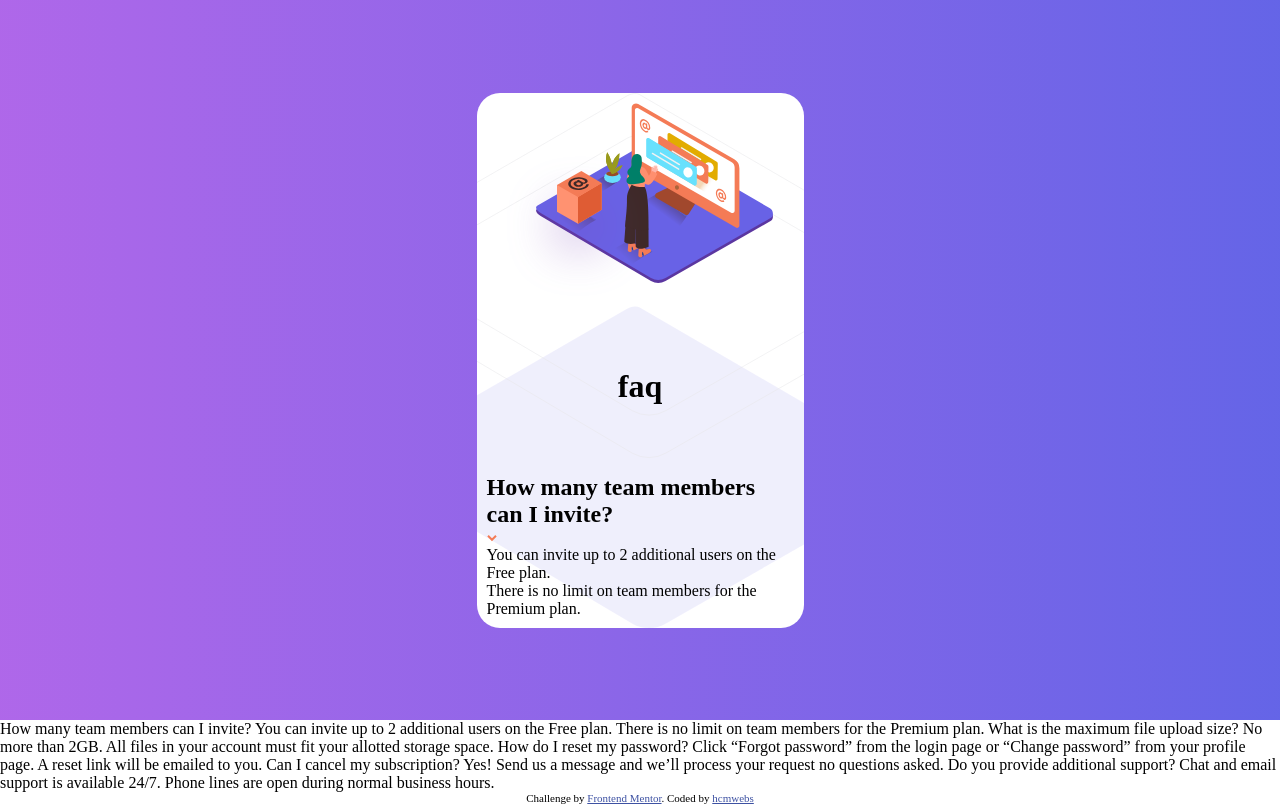
Repository: Hcmwebs/faq-accordion-card
Page: index.html
An editor plug-in stored every save of this project. The page is shown before and after the next save, followed by the edit.
The browser window is 1280 px wide. The pictures show the whole page.
The style sheet was rebuilt from its Sass, Less or Tailwind sources for each picture, by a compiler version that may differ from the author's.

Above is the page before, as saved 2020-11-05 13:25:32.

After the next save:
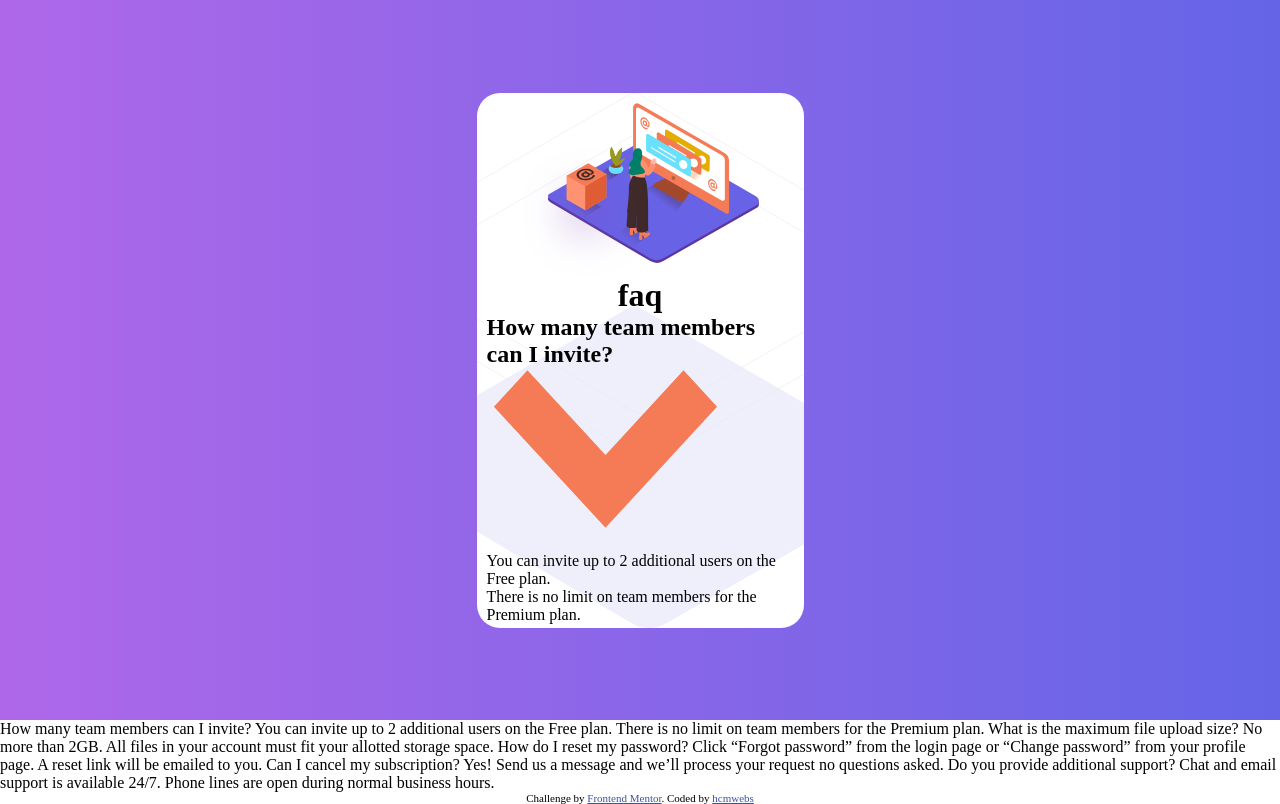
Saved 113 s later.
--- a/scss/main.scss
+++ b/scss/main.scss
@@ -65,9 +65,13 @@
     background-color: #fff;
     border-radius:23px;
     padding: 10px;
-    @include flex(column,space-between,center)
+    @include flex(column,space-between,center);
 
-
+    img{
+      width: 237px;
+      height: 180px;
+      transform: translateX();
+    }
 
   }
 }

After the save that followed:
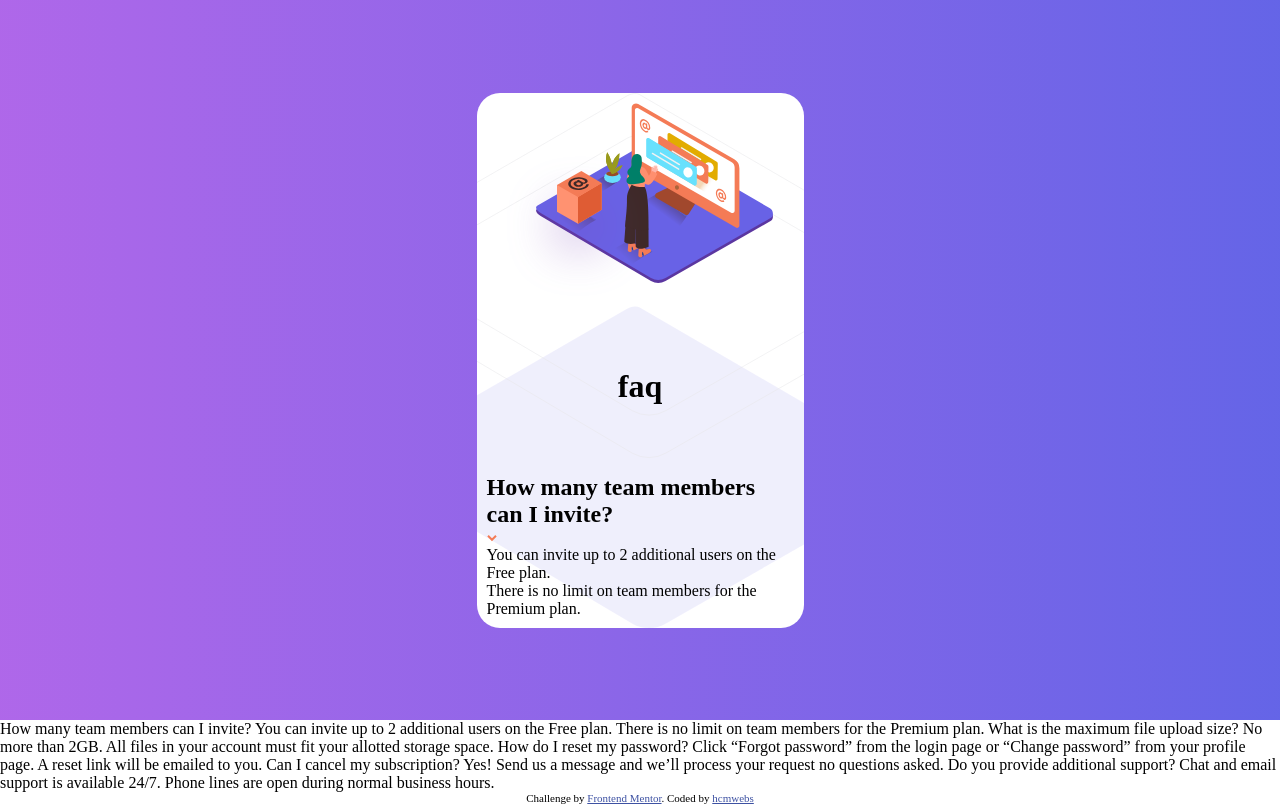
Saved 102 s later.
--- a/scss/main.scss
+++ b/scss/main.scss
@@ -67,10 +67,18 @@
     padding: 10px;
     @include flex(column,space-between,center);
 
-    img{
-      width: 237px;
-      height: 180px;
-      transform: translateX();
+    &card__header{
+
+      img{
+        width: 237px;
+        height: 180px;
+        transform: translateX();
+
+      }
+
+    }
+    &card__body{
+
     }
 
   }
